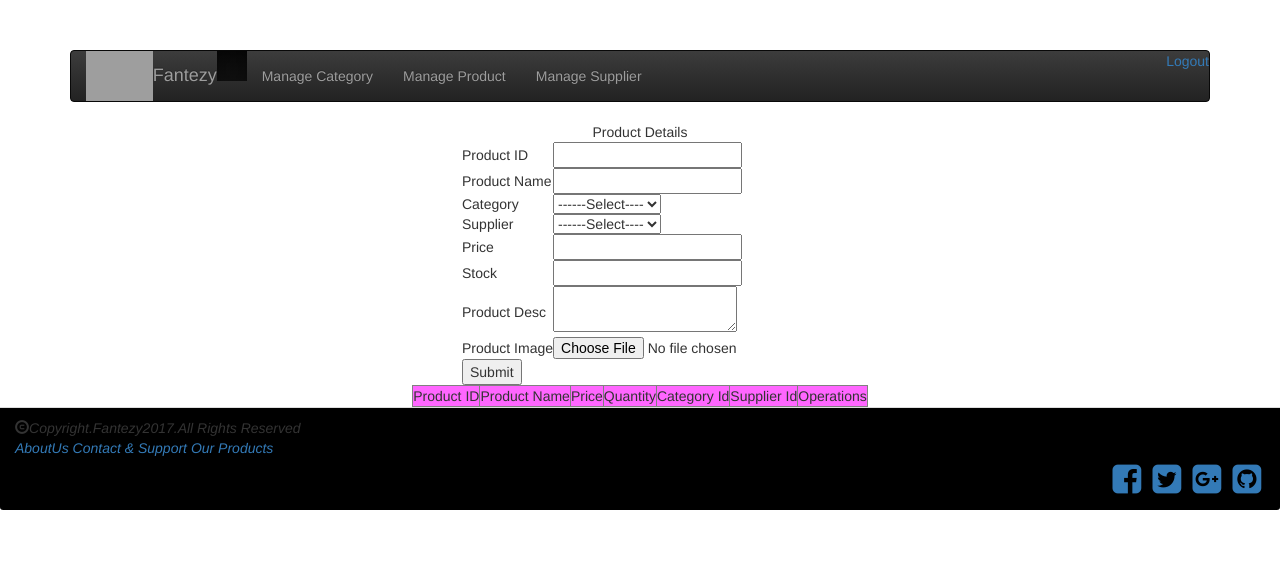
Repository: Safna93/eCommerce-project
Page: http://localhost/FantezyFrontendProject/WEB-INF/views/Product.jsp
An editor plug-in stored every save of this project. The page is shown before and after the next save, followed by the edit.
The browser window is 1280 px wide. The pictures show the whole page.
Pictures or frames that could not be fetched are drawn as grey boxes. Some web libraries are served in a nearby version. The page is served by Tomcat 9. Nobody is signed in. Other server files are loaded and not shown. The template is opened directly, without the code that normally fills it, so the values that code supplies are empty.

Above is the page before, as saved 2017-07-11 08:53:20.

### Fantezy Project/Fantezy/FantezyFrontendProject/src/main/webapp/WEB-INF/views/Product.jsp
<%@ page language="java" contentType="text/html"%>
<%@ taglib uri="http://java.sun.com/jsp/jstl/core" prefix="c"%>
<%@taglib prefix="form" uri="http://www.springframework.org/tags/form"%>

<%@include file="AdminHeader.jsp"%>

<form:form method="POST" action="InsertProduct" modelAttribute="product" enctype="Multipart/form-data">
<table align="center">
			<tr>
				<td colspan="2"><center>Product Details</center></td>
			</tr>
			<tr>
				<td>Product ID</td>
				<td><form:input path="prodid" /></td>
			</tr>
			<tr>
				<td>Product Name</td>
				<td><form:input path="prodname" /></td>
			</tr>

			<tr>
				<td>Category</td>
				<td><form:select path="catid">
						<form:option value="0" label="------Select----" />
						<form:options items="${catlist}" />
					</form:select>
				</td>
			</tr>
			<tr>
				<td>Supplier</td>
				<td><form:select path="suppid">
						<form:option value="0" label="------Select----" />
						<form:options items="${supplist}" />
					</form:select>
				</td>
			</tr>

			<tr>
				<td>Price</td>
				<td><form:input path="price" /></td>
			</tr>
			<tr>
				<td>Stock</td>
				<td><form:input path="quantity" /></td>
			</tr>
			<tr>
				<td>Product Desc</td>
				<td><form:textarea path="proddesc" /></td>
			</tr>
			<tr>
				<td>Product Image</td>
				<td><form:input type="file" path="pimage" /></td>
			</tr>

			<tr>
			<td colspan="2"><input type="submit" /></td>
			</tr>
</table>
</form:form>

<!-- Displaying the Product data using Table -->
<table cellspacing="2" align="center" border="1">

	<tr bgcolor="#ff66ff">
		<td>Product ID</td>
		<td>Product Name</td>
		<td>Price</td>
		<td>Quantity</td>
		<td>Category Id</td>
		<td>Supplier Id</td>
		<td>Operations</td>
	</tr>
	<c:forEach items="${prodlist}" var="product">
		<tr bgcolor="#00ff99">
			<td>${product.prodid}</td>
			<td>${product.prodname}</td>
			<td>${product.price}</td>
			<td>${product.quantity}</td>
			<td>${product.catid}</td>
			<td>${product.suppid}</td>
			<td><a href="<c:url value="deleteProduct/${product.prodid}"/>">Delete</a>
				<a href="<c:url value="updateProduct/${product.prodid}"/>">Update</a>
			</td>
		</tr>
	</c:forEach>
</table>
<!-- Completed Displaying Table -->
<%@include file="Footer.jsp" %>
</body>
</html>

### Fantezy Project/Fantezy/FantezyFrontendProject/src/main/webapp/WEB-INF/views/AdminHeader.jsp
<!DOCTYPE html>
<html lang="en">
<head>
<title>Fatntezy-The Girlz Corner</title>
<meta charset="utf-8">
<meta name="viewport" content="width=device-width, initial-scale=1">
<%@ taglib uri="http://java.sun.com/jsp/jstl/core" prefix="c"%>
<link rel="stylesheet"
	href="https://maxcdn.bootstrapcdn.com/bootstrap/3.3.7/css/bootstrap.min.css">
<link href="<c:url value="/resources/css/Head.css" />" rel="stylesheet">
<script
	src="https://ajax.googleapis.com/ajax/libs/jquery/3.2.1/jquery.min.js"></script>
<script
	src="https://maxcdn.bootstrapcdn.com/bootstrap/3.3.7/js/bootstrap.min.js"></script>
</head>
<body>




	<div class="header">
		<div class="container">
			<header style="height: 50px;"></header>
			<!------------- Navbar -------------->
			<nav class="my-nav navbar navbar-inverse bs-dark">
				<div class="navbar-header"></div>












				<div class="collapse navbar-collapse"
					id="bs-example-navbar-collapse-1">
					<ul class="nav navbar-nav">
						<a class="navbar-brand" href="#" style="padding: 0px;"> <img
							src="mylogo.png" style="height: 100%; display: inline-block;"><span>Fantezy</span>
						</a>


						<li class="active"><a href="ioo"><span class="sr-only">HOME</span></a></li>

						<li><a href="Category">Manage Category</a></li>
						<li><a href="Product">Manage Product</a></li>
						<li><a href="Supplier">Manage Supplier</li>

					</ul>
					<ul>
						<div class="nav navbar-nav navbar-right">

							<a href="logout">Logout</a> </a>
						</div>
					</ul>
				</div>







				</li>
				</ul>
		</div>
		</nav>
	</div>

	<!----------- !Navbar End ------------>


	</div>

### Fantezy Project/Fantezy/FantezyFrontendProject/src/main/webapp/WEB-INF/views/Footer.jsp


<html lang="en">
<head>
<title>Fantezy</title>
  <meta charset="utf-8">
  <meta name="viewport" content="width=device-width, initial-scale=1"><!-- Latest compiled and minified CSS -->
<link rel="stylesheet" href="https://maxcdn.bootstrapcdn.com/bootstrap/3.3.4/css/bootstrap.min.css">
<link rel="stylesheet" href="https://cdnjs.cloudflare.com/ajax/libs/font-awesome/4.6.3/css/font-awesome.min.css">
<!-- Optional theme -->
<link rel="stylesheet" href="https://maxcdn.bootstrapcdn.com/bootstrap/3.3.4/css/bootstrap-theme.min.css">
 <!-- jQuery (necessary for Bootstrap's JavaScript plugins) -->
    <script src="https://ajax.googleapis.com/ajax/libs/jquery/1.11.2/jquery.min.js"></script>
<!-- Latest compiled and minified JavaScript -->
<script src="https://maxcdn.bootstrapcdn.com/bootstrap/3.3.4/js/bootstrap.min.js"></script>
  <style>
.panel-footer{
	background-color: black;
	font-style: oblique;
}
body{
	background-color: white;
	font:oblique;
	size:18;
}
.social:hover {
     -webkit-transform: scale(1.1);
     -moz-transform: scale(1.1);
     -o-transform: scale(1.1);
 }
 .social {
     -webkit-transform: scale(0.8);
     /* Browser Variations: */

     -moz-transform: scale(0.8);
     -o-transform: scale(0.8);
     -webkit-transition-duration: 0.5s;
     -moz-transition-duration: 0.5s;
     -o-transition-duration: 0.5s;
 }
/*
    Multicoloured Hover Variations
*/

 #social-fb:hover {
     color: #3B5998;
 }
 #social-tw:hover {
     color: #4099FF;
 }
 #social-gp:hover {
     color: #d34836;
 }
 #social-gh:hover {
     color: black;
 }
</style>
</head>
<body>
<div class="panel-footer">

  <span class="glyphicon glyphicon-copyright-mark"></span>Copyright.Fantezy2017.All Rights Reserved
<div class="text-left left-block">
<a href="AboutUs">AboutUs</a></li>

<a href="ContactUs">Contact & Support</a>
<a href="ProductDesc">Our Products</a>





<div class="text-right right-block">

                <a href="https://www.facebook.com"><i id="social-fb" class="fa fa-facebook-square fa-3x social"></i></a>
	            <a href="https://twitter.com"><i id="social-tw" class="fa fa-twitter-square fa-3x social"></i></a>
	            <a href="https://plus.google.com"><i id="social-gp" class="fa fa-google-plus-square fa-3x social"></i></a>
	            <a href="https://github.com"><i id="social-gh" class="fa fa-github-square fa-3x social"></i></a>
</div>

</div>


</body>
</html>

### Fantezy Project/Fantezy/FantezyFrontendProject/src/main/webapp/resources/css/Head.css


.bs-dark.navbar-inverse {
  background-color: #222;
  border-color: #080808;
}
.bs-dark .navbar-img {padding:5px 6px !important;}
.bs-dark .navbar-img img {width:40px;}
.bs-dark .dropdown-menu {
  min-width: 200px;
  padding: 5px 0;
  margin: 2px 0 0;
  background-color: #000;
  border: 1px solid rgba(0, 0, 0, 0.7);
  border: 1px solid rgba(0, 0, 0, .15);
  -webkit-box-shadow: 0 6px 12px rgba(0, 0, 0, .175);
          box-shadow: 0 6px 12px rgba(0, 0, 0, .175);
}

.bs-dark .dropdown-menu .divider {
  border: 1px solid rgba(0, 0, 0, 0.8);
}
.bs-dark .dropdown-menu > li > a {
  padding: 6px 20px;
  color: rgba(255,255,255,0.80);
}
.bs-dark .dropdown-menu > li > a:hover,
.bs-dark .dropdown-menu > li > a:focus {
  color: rgba(255,255,255,0.70);
  text-decoration: none;
  background-color: transparent;
}
.bs-dark .dropdown-menu > .active > a,
.bs-dark .dropdown-menu > .active > a:hover,
.bs-dark .dropdown-menu > .active > a:focus {
  color: rgba(255,255,255,0.70);
  text-decoration: none;
  background-color: transparent;
  outline: 0;
}

.bs-dark .navbar-form {
  margin:0;
  margin-top: 5px;
  padding:8px 0px;
}

.bs-dark .navbar-form .search-box {
  border:0px;
  height:35px;
  outline: none;
  width:320px;
  padding-right: 3px;
  padding-left: 15px;
  margin:4px;
  -webkit-border-radius: 22px;
  -moz-border-radius: 22px;
  border-radius: 22px;
}

.bs-dark .navbar-form button {
  border: 0;
  background: none;
  padding: 2px 5px;
  margin-top: 2px;
  position: relative;
  left: -34px;
  margin-bottom: 0;
  -webkit-border-radius: 3px;
  -moz-border-radius: 3px;
  border-radius: 3px;
}

.bs-dark .search-box:focus + button {
  z-index: 3;
}

@media (min-width: 768px) {
    .bs-dark .dropdown:hover {background-color: #000;}
	.bs-dark .dropdown:hover .dropdown-menu {
	  display: block;
	}
	.bs-dark .navbar-form {
	  padding:0px;
	}
	.bs-dark .navbar-form .search-box {
	  width:260px;
	  height:32px;
	}

}

After the next save:
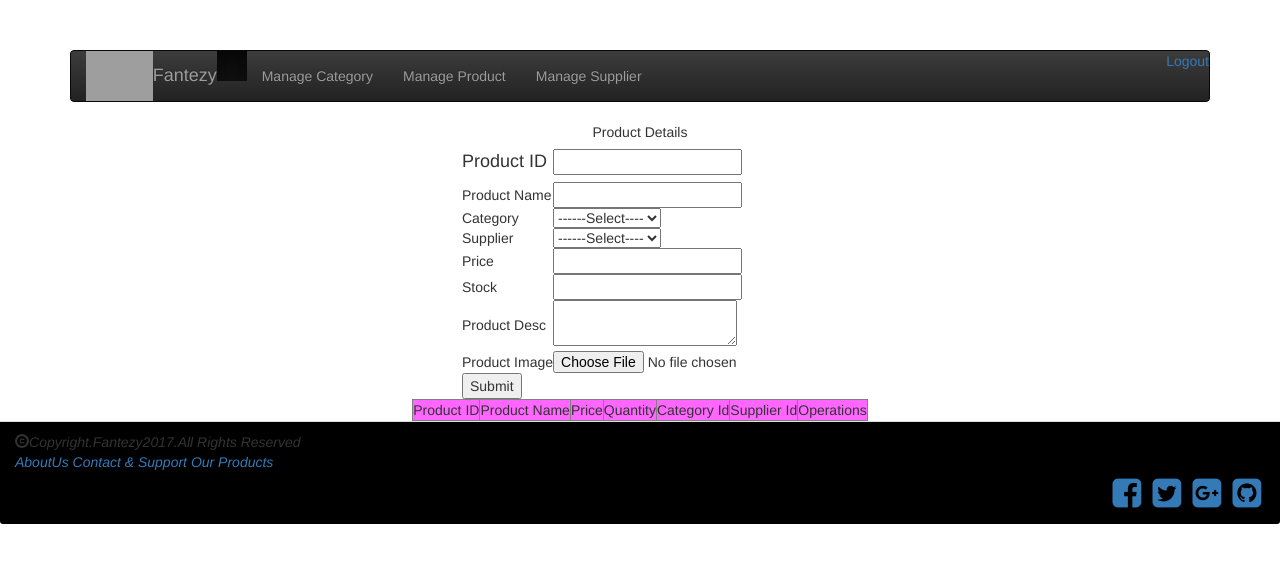
Saved 78 s later.
--- a/Fantezy Project/Fantezy/FantezyFrontendProject/src/main/webapp/WEB-INF/views/Product.jsp
+++ b/Fantezy Project/Fantezy/FantezyFrontendProject/src/main/webapp/WEB-INF/views/Product.jsp
@@ -10,7 +10,7 @@
 				<td colspan="2"><center>Product Details</center></td>
 			</tr>
 			<tr>
-				<td>Product ID</td>
+				<td><h4>Product ID</h4></td>
 				<td><form:input path="prodid" /></td>
 			</tr>
 			<tr>
